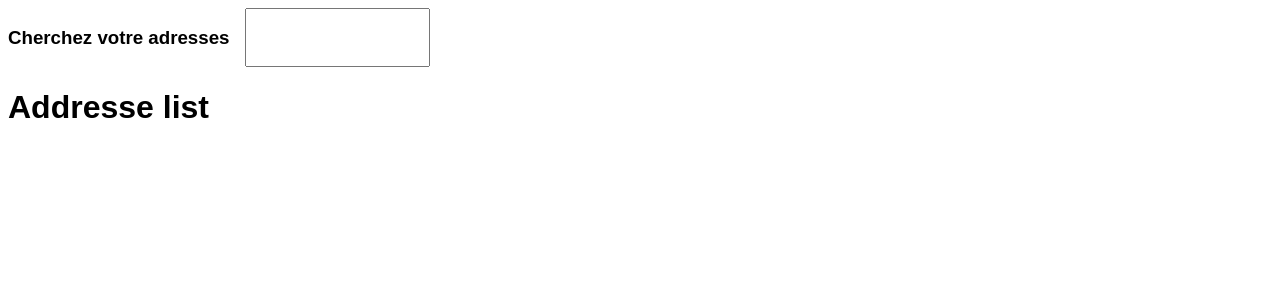
Repository: DnPako/test-forked
Page: /
These files come from the project's save history. The page is drawn as it stood at one moment and after the next save; the edit follows.
The browser window is 1280 px wide. The pictures show the whole page.
The page's requests for data from a server got no answer. The project was rebuilt for these pictures with package versions that can differ from the ones it lists, and the page was loaded fresh each time. No one was signed in, and anything a server would have sent is missing.

Above is the page before, as saved 2022-02-14 12:49:29.

After the next save:
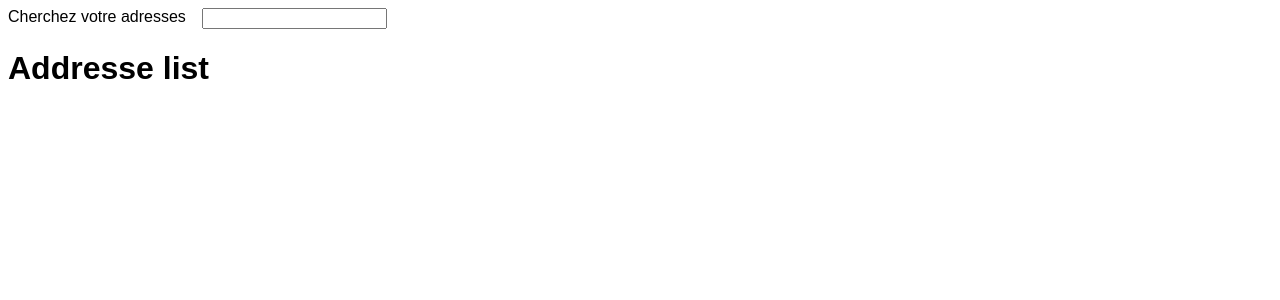
Saved 31 s later.
--- a/src/addresses/components/SearchInput.jsx
+++ b/src/addresses/components/SearchInput.jsx
@@ -14,7 +14,7 @@
     return (
         <div style={{ ...containerStyle, }}>
             <label htmlFor="search" style={{ ...labelStyle, }}>
-                <h3>Cherchez votre adresses</h3>
+                Cherchez votre adresses
             </label>
             <input type="text" name="name" />
         </div>

After the save that followed:
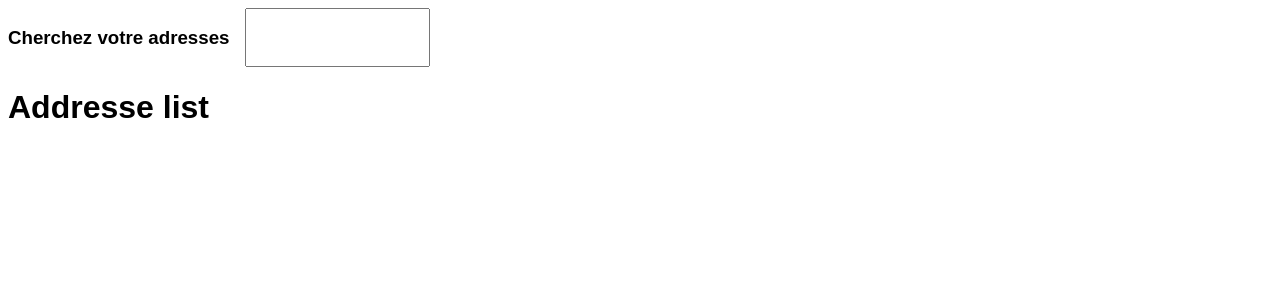
Saved 7 s later.
--- a/src/addresses/components/SearchInput.jsx
+++ b/src/addresses/components/SearchInput.jsx
@@ -14,7 +14,7 @@
     return (
         <div style={{ ...containerStyle, }}>
             <label htmlFor="search" style={{ ...labelStyle, }}>
-                Cherchez votre adresses
+                <h3>Cherchez votre adresses</h3>
             </label>
             <input type="text" name="name" />
         </div>
